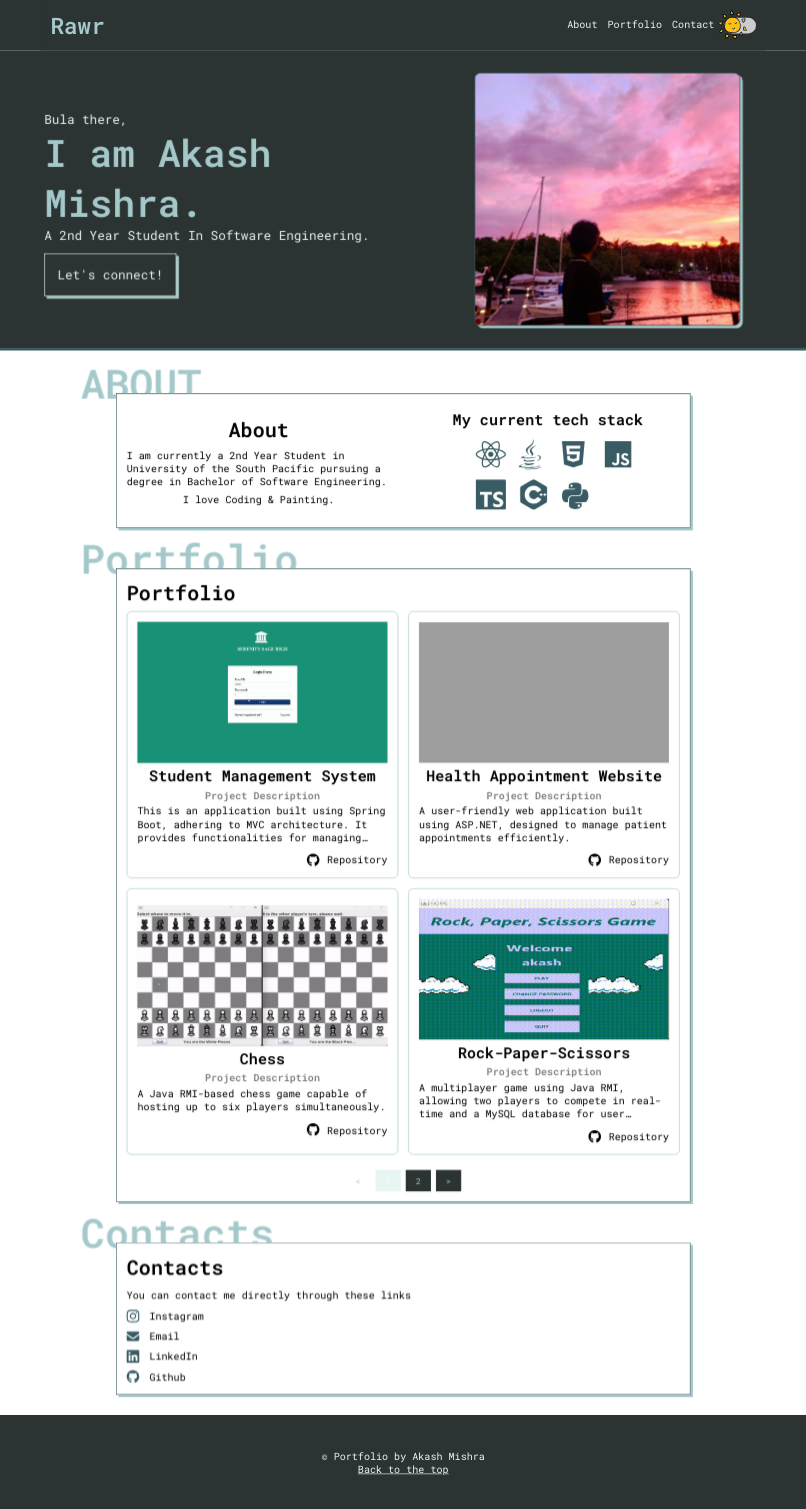
Repository: akashrawr/portfolio
Page: /
An editor plug-in stored every save of this project. The page is shown before and after the next save, followed by the edit.
The browser window is 1280 px wide. The pictures show the whole page, at 63% of full size.
Pictures or frames that could not be fetched are drawn as grey boxes. The project was rebuilt for these pictures with package versions that can differ from the ones it lists, and the page was loaded fresh each time.

Above is the page before, as saved 2024-12-12 12:38:39.

### public/index.html
<!DOCTYPE html>
<html lang="en">
  <head>
    <meta charset="utf-8" />
    <link rel="icon" href="%PUBLIC_URL%/favicon.ico" />
    <meta name="viewport" content="width=device-width, initial-scale=1" />
    <meta name="theme-color" content="#000000" />
    <meta
      name="description"
      content="Personal web Portfolio"
    />
    <link rel="apple-touch-icon" href="%PUBLIC_URL%/logo192.png" />
    <!--
      manifest.json provides metadata used when your web app is installed on a
      user's mobile device or desktop. See https://developers.google.com/web/fundamentals/web-app-manifest/
    -->
    <link rel="manifest" href="%PUBLIC_URL%/manifest.json" />
    <!--
      Notice the use of %PUBLIC_URL% in the tags above.
      It will be replaced with the URL of the `public` folder during the build.
      Only files inside the `public` folder can be referenced from the HTML.

      Unlike "/favicon.ico" or "favicon.ico", "%PUBLIC_URL%/favicon.ico" will
      work correctly both with client-side routing and a non-root public URL.
      Learn how to configure a non-root public URL by running `npm run build`.
    -->
    <title>akashrawr</title>
  </head>
  <body>
    <noscript>You need to enable JavaScript to run this app.</noscript>
    <div id="root"></div>
    <!--
      This HTML file is a template.
      If you open it directly in the browser, you will see an empty page.

      You can add webfonts, meta tags, or analytics to this file.
      The build step will place the bundled scripts into the <body> tag.

      To begin the development, run `npm start` or `yarn start`.
      To create a production bundle, use `npm run build` or `yarn build`.
    -->
  </body>
</html>

### src/App.js
import React, { useState, useEffect } from 'react';
import './App.css';
import AOS from 'aos';
import 'aos/dist/aos.css';
import { FontAwesomeIcon } from '@fortawesome/react-fontawesome';
import { faReact, faJava, faHtml5, faJs, faPython, faInstagram, faGithub, faLinkedin } from '@fortawesome/free-brands-svg-icons';
import { SiTypescript, SiCplusplus } from 'react-icons/si';
import { faLaptopCode, faEnvelope } from '@fortawesome/free-solid-svg-icons';



function App() {
  useEffect(() => {
    AOS.init({ once: true, delay: 0 });
  }, []);

  const [isNavVisible, setIsNavVisible] = useState(false);
  const [darkMode, setDarkMode] = useState(false);

  const toggleNav = () => {
    setIsNavVisible(!isNavVisible);
  };

  const toggleDarkMode = () => {
    setDarkMode(!darkMode);
    document.body.classList.toggle('dark-mode', !darkMode);
  };

  return (
    <div>
      <Header
        isNavVisible={isNavVisible}
        toggleNav={toggleNav}
        darkMode={darkMode}
        toggleDarkMode={toggleDarkMode}
      />
      <Main />
      <Footer />
    </div>
  );
}

function Header({ isNavVisible, toggleNav, darkMode, toggleDarkMode }) {
  return (
    <header>
      <nav className="navbar-nav">
        <div className="nav-logo">
          <h1>Rawr</h1>
        </div>

        <button
          className="mobile-nav-toggle"
          aria-controls="primary-nav"
          aria-expanded={isNavVisible}
          onClick={toggleNav}
        ></button>

        <ul
          id="primary-nav"
          className={`primary-nav ${isNavVisible ? 'visible' : ''}`}
          data-visible={isNavVisible}
        >
          <li>
            <a className="nav-link" href="#about">About</a>
          </li>
          <li>
            <a className="nav-link" href="#portfolio">Portfolio</a>
          </li>
          <li>
            <a className="nav-link" href="#contact">Contact</a>
          </li>
          <li>
            <label className="switch" aria-label="Toggle dark mode">
            <input
              type="checkbox"
              checked={darkMode}
              onChange={toggleDarkMode}
              aria-checked={darkMode}
            />
            <span className="slider round">
              {/* Display sun icon when darkMode is false (light mode) */}
              {!darkMode ? (
                <img className="icon" src="./assets/icons/sun.svg" alt="Light Mode" />
              ) : (
                // Display moon icon when darkMode is true (dark mode)
                <img className="icon" src="./assets/icons/moon.svg" alt="Dark Mode" />
              )}
            </span>
          </label>
          </li>
        </ul>
      </nav>
    </header>
  );
}

function Main() {
  return (
    <main>
      <Hero />
      <About />
      <Portfolio />
      <Contact />
    </main>
  );
}

function Hero() {
  return (
    <section id="hero">
      <div className="hero-main-container">
        {/* Text and Button Container */}
        <div className="hero-container">
          <div className="hero-text-container" data-aos="fade-up">
            <p>Bula there,</p>
            <h2>I am Akash Mishra.</h2>
            <p>A 2nd Year Student In Software Engineering.</p>
          </div>
          <a href="#contact" className="hero-button" data-aos="fade-up">
            Let's connect!
          </a>
        </div>

        {/* Image Container */}
        <div className="hero-img" data-aos="fade-up">
          <img className="hero-image" src="./assets/images/akash.jpg" alt="akash" />
        </div>
      </div>
    </section>
  );
}

function About() {
  return (
    <section id="about">
      <div className="section-highlight" data-aos="fade-up">ABOUT</div>
      <div className="about-container" data-aos="fade-up">
        <div className="about-card">
          <section className="about-content">
            <h2> About</h2>
            <p>I am currently a 2nd Year Student in University of the South Pacific pursuing a degree in Bachelor of Software Engineering.</p>
            <p>I love Coding & Painting.</p>
          </section>

          <section className="about-content tech-stack-section">
            <h3>My current tech stack</h3>
            <div className="tech-stack-grid">
      <div className="tech-stack">
        <FontAwesomeIcon icon={faReact} className="about-icon" />
      </div>
      <div className="tech-stack">
        <FontAwesomeIcon icon={faJava} className="about-icon" />
      </div>
      <div className="tech-stack">
        <FontAwesomeIcon icon={faHtml5} className="about-icon" />
      </div>
      <div className="tech-stack">
        <FontAwesomeIcon icon={faJs} className="about-icon" />
      </div>
      <div className="tech-stack">
        <SiTypescript className="about-icon ts-icon" />
      </div>
      <div className="tech-stack">
        <SiCplusplus className="about-icon cpp-icon" />
      </div>
      <div className="tech-stack">
        <FontAwesomeIcon icon={faPython} className="about-icon" />
      </div>
    </div>
          </section>
        </div>
      </div>
    </section>
  );
}


const projects = [
  {
    imgSrc: './assets/images/SMS.gif',
    altText: 'project-SMS',
    title: 'Student Management System',
    description: 'This is an application built using Spring Boot, adhering to MVC architecture. It provides functionalities for managing student records.',
    repoLink: 'https://github.com/akashrawr/Student-Management-System-Springboot.git',
  },
  {
    imgSrc: './assets/images/health.gif',
    altText: 'project-Health',
    title: 'Health Appointment Website',
    description: 'A user-friendly web application built using ASP.NET, designed to manage patient appointments efficiently.',
    repoLink: 'https://github.com/akashrawr/Medical_Website.git',
  },
  {
    imgSrc: './assets/images/chess.gif',
    altText: 'project-Chess',
    title: 'Chess',
    description: 'A Java RMI-based chess game capable of hosting up to six players simultaneously.',
    repoLink: 'https://github.com/akashrawr/ChessRMI.git',
  },
  {
    imgSrc: './assets/images/rps.gif',
    altText: 'project-RPS',
    title: 'Rock-Paper-Scissors',
    description: 'A multiplayer game using Java RMI, allowing two players to compete in real-time and a MySQL database for user tracking.',
    repoLink: 'https://github.com/akashrawr/RockPaperScissors-RMI.git',
  },
  {
    imgSrc: './assets/images/weather.gif',
    altText: 'project-Weather-App',
    title: 'Weather App',
    description: 'A weather forecasting application built using React and TypeScript. It utilizes an external API to fetch real-time weather data.',
    repoLink: 'https://weatherapp-react-ts.vercel.app/',
    liveDemoLink: 'https://github.com/akashrawr/WeatherApp-React-TS.git',
  },
  {
    imgSrc: './assets/images/movielist.gif',
    altText: 'project-Movielist',
    title: 'Movie List App',
    description: 'A React-based application to create and manage a personal movie watchlist with local storage integration for saving data.',
    repoLink: 'https://github.com/akashrawr/MovieWatchList-React.git',
    liveDemoLink: 'https://watch-list.vercel.app/',
  },
  {
    imgSrc: './assets/images/nqueen.gif',
    altText: 'project-Nqueen',
    title: 'N-Queen Solver',
    description: 'A Java-based solution to the N-Queen problem, implementing different types of algorithms to find various queen placements on a chessboard.',
    repoLink: 'https://github.com/akashrawr/N-Queen-Solver.git',
  },
  {
    imgSrc: './assets/images/coming-soon.gif',
    altText: 'project-Soon',
    title: 'Project Name',
    description: 'Lorem ipsum dolor sit amet, consectetur adipiscing elit. Quisque egestas ornare lorem ullamcorper gravida. In venenatis in diam ut tempor.',
    repoLink: '#',
    liveDemoLink: '#',
  },
];

function Portfolio() {
  const [currentPage, setCurrentPage] = useState(1);
  const projectsPerPage = 4;

  // Calculate total pages
  const totalPages = Math.ceil(projects.length / projectsPerPage);

  // Calculate current projects to display
  const indexOfLastProject = currentPage * projectsPerPage;
  const indexOfFirstProject = indexOfLastProject - projectsPerPage;
  const currentProjects = projects.slice(indexOfFirstProject, indexOfLastProject);

  const handleNext = () => {
    setCurrentPage((prevPage) => (prevPage < totalPages ? prevPage + 1 : prevPage));
  };

  const handlePrevious = () => {
    setCurrentPage((prevPage) => (prevPage > 1 ? prevPage - 1 : prevPage));
  };

  const handlePageClick = (page) => {
    setCurrentPage(page);
  };

  return (
    <section id="portfolio">
      <div className="section-highlight" data-aos="fade-up">
        Portfolio
      </div>
      <div className="portfolio-container" data-aos="fade-up">
        <div className="portfolio-card">
          <div className="portfolio-content">
            <h2>Portfolio</h2>
            {/* Project Container */}
            <div className="project-container">
              {currentProjects.map((project, index) => (
                <section className="project-card" key={index}>
                  <img
                    className="project-img"
                    src={project.imgSrc}
                    alt={project.altText}
                  />
                  <h3>{project.title}</h3>
                  <h5>Project Description</h5>
                  <p>{project.description}</p>
                  <div className="project-card-links">
                    <a href={project.repoLink} className="project-link">
                      <FontAwesomeIcon icon={faGithub} className="project-icons" />
                      Repository
                    </a>
                    {project.liveDemoLink && (
                      <a href={project.liveDemoLink} className="project-link">
                        <FontAwesomeIcon icon={faLaptopCode} className="project-icons" />
                        Live Demo
                      </a>
                    )}
                  </div>
                </section>
              ))}
            </div>
            {/* End of Project Container */}

            {/* Pagination Controls */}
            <div className="pagination-controls">
              <button onClick={handlePrevious} disabled={currentPage === 1}>
                &lt;
              </button>
              {[...Array(totalPages)].map((_, index) => (
                <button
                  key={index + 1}
                  onClick={() => handlePageClick(index + 1)}
                  className={currentPage === index + 1 ? 'active' : ''}
                >
                  {index + 1}
                </button>
              ))}
              <button onClick={handleNext} disabled={currentPage === totalPages}>
                &gt;
              </button>
            </div>
          </div>
        </div>
      </div>
    </section>
  );
}



function Contact() {
  return (
    <section id="contact">
      <h2 className="section-highlight" data-aos="fade-up">Contacts</h2>
      <div className="contact-container" data-aos="fade-up">
        <div className="contact-card">
          <h2>Contacts</h2>
          <p>You can contact me directly through these links</p>

          <div className="contact-links">
            <a href="https://www.instagram.com/_acnologxa" className="contact-link">
              <FontAwesomeIcon icon={faInstagram} className="contact-icons" />
              Instagram
            </a>

            <a href="mailto:akashkm553@gmail.com" className="contact-link">
              <FontAwesomeIcon icon={faEnvelope} className="contact-icons" />
              Email
            </a>

            <a href="https://www.linkedin.com/in/akashmishra-rawr" className="contact-link">
              <FontAwesomeIcon icon={faLinkedin} className="contact-icons" />
              LinkedIn
            </a>

            <a href="https://github.com/akashrawr" className="contact-link">
              <FontAwesomeIcon icon={faGithub} className="contact-icons" />
              Github
            </a>
          </div>
        </div>
      </div>
    </section>
  );
}

function Footer() {
  return (
    <footer>

      <div className="footer-content">
        © Portfolio by Akash Mishra <br/>
        <a href="#hero">Back to the top</a>
      </div>
    </footer>
  );
}

export default App;

Loaded but not shown: src/index.js (common file); src/index.css (common file); src/reportWebVitals.js (common file); src/App.css (819 lines, source omitted)

After the next save:
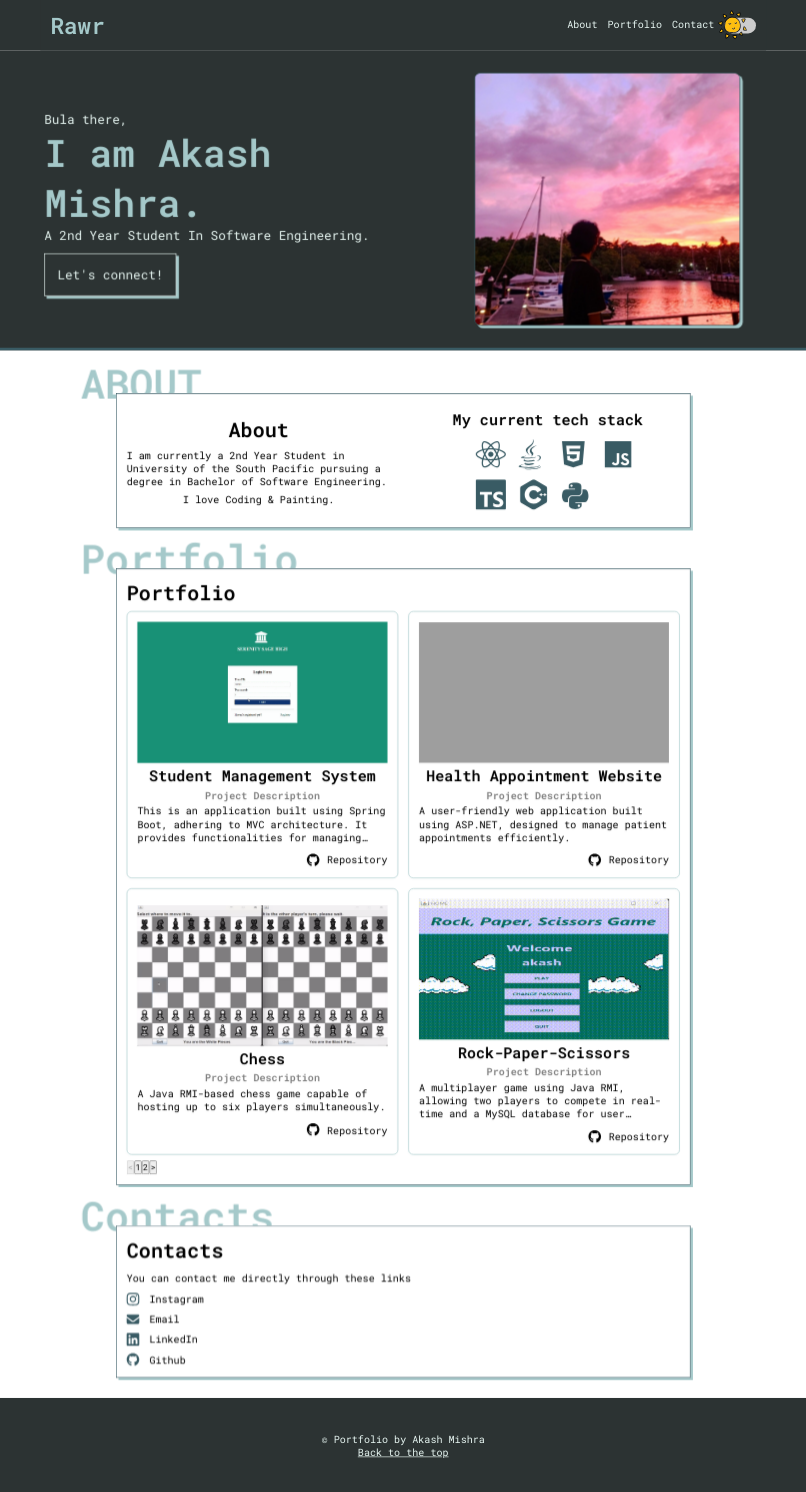
Saved 2 min 4 s later.
--- a/src/App.js
+++ b/src/App.js
@@ -174,7 +174,6 @@ function About() {
   );
 }
 
-
 const projects = [
   {
     imgSrc: './assets/images/SMS.gif',
@@ -300,7 +299,7 @@ function Portfolio() {
             {/* End of Project Container */}
 
             {/* Pagination Controls */}
-            <div className="pagination-controls">
+            <div className="pagination">
               <button onClick={handlePrevious} disabled={currentPage === 1}>
                 &lt;
               </button>
